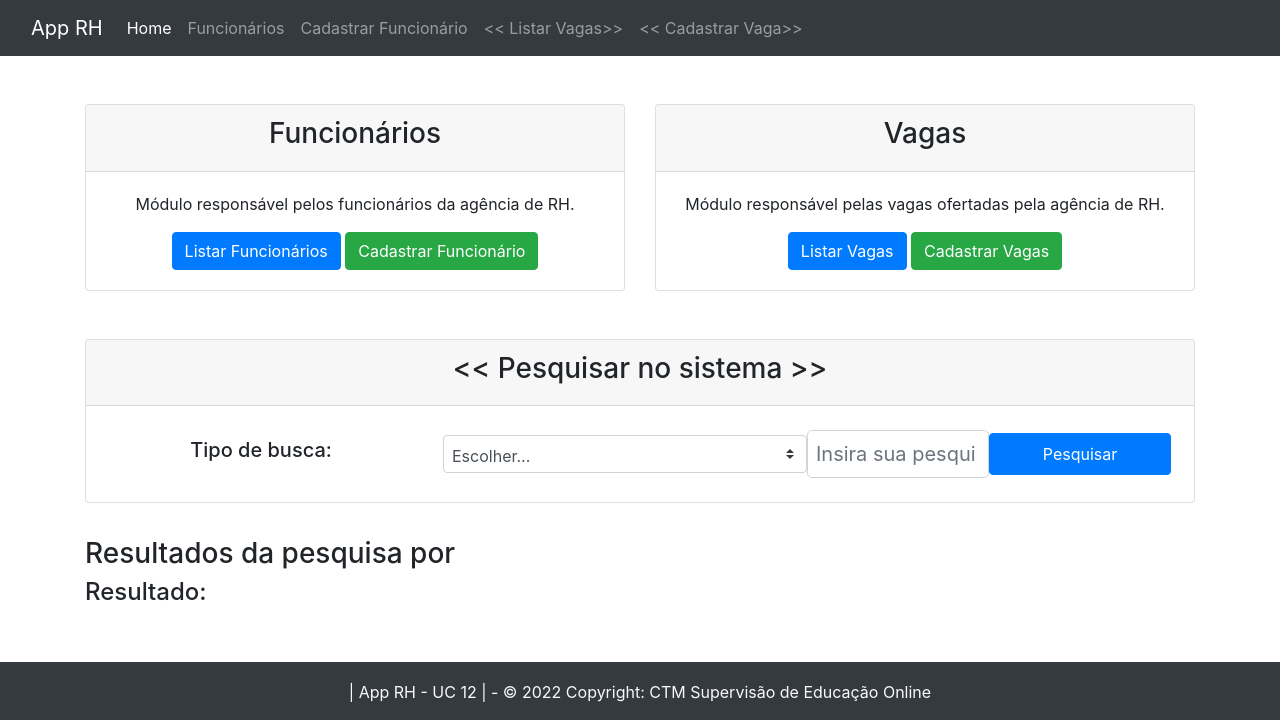
Repository: FilosoDev/SPRING-BOOT-testes
Page: http://localhost/index
The author's editor kept a copy of each file at every save. The page is drawn from the files as they stood at one save, then again after the next save.
The browser window is 1280 px wide. The pictures show the whole page.
The page is this project's Thymeleaf template; nobody is signed in. The template is opened directly, without the code that normally fills it, so the values that code supplies are empty.

Above is the page before, as saved 2021-11-23 17:24:59.
Console error: TypeError: Cannot read properties of undefined (reading 'fn')

After the next save:
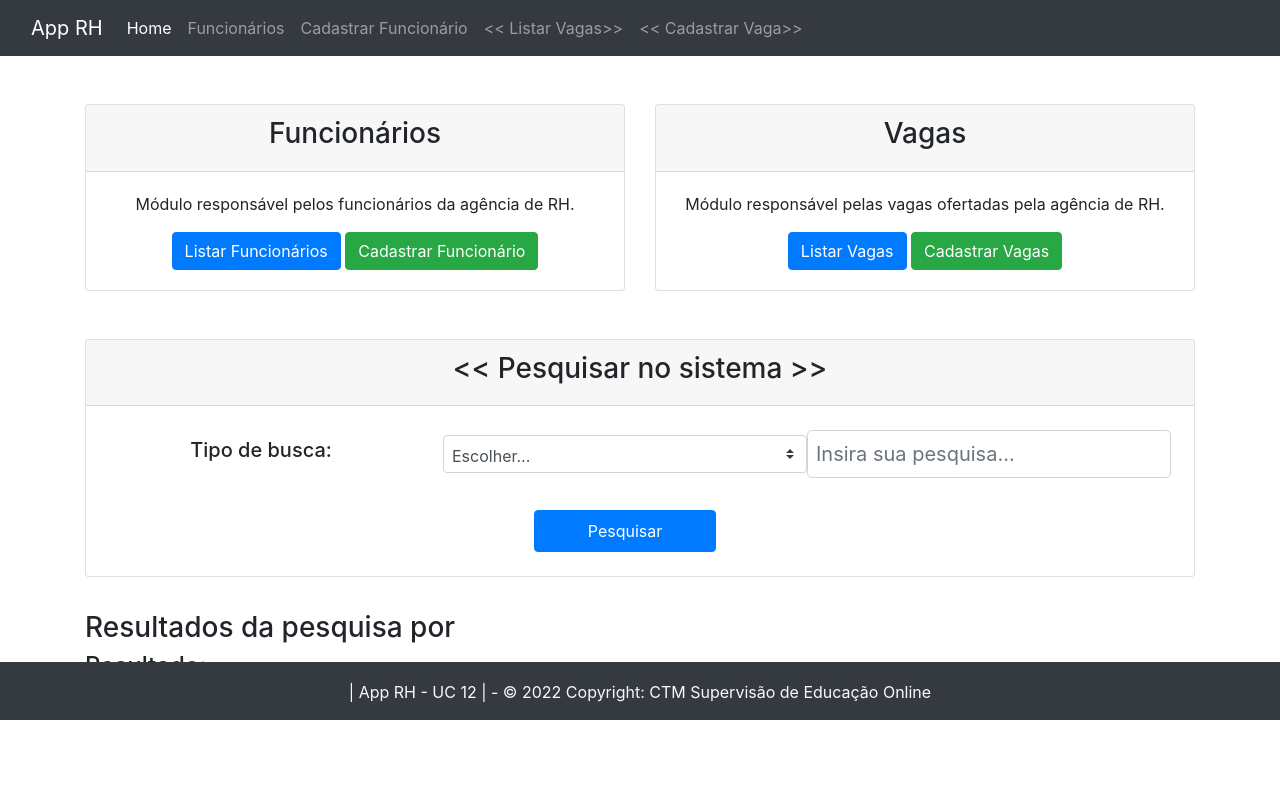
Saved 9 s later.
--- a/AppRH/AppRH/src/main/resources/templates/index.html
+++ b/AppRH/AppRH/src/main/resources/templates/index.html
@@ -122,7 +122,7 @@
 
 
 								<input
-									class="form-control form-control-lg my-3 p-2 col-10 col-md-2"
+									class="form-control form-control-lg my-3 p-2 col-6 col-md-4"
 									type="search" placeholder="Insira sua pesquisa..."
 									aria-label="Pesquisar" name="nome">
 
